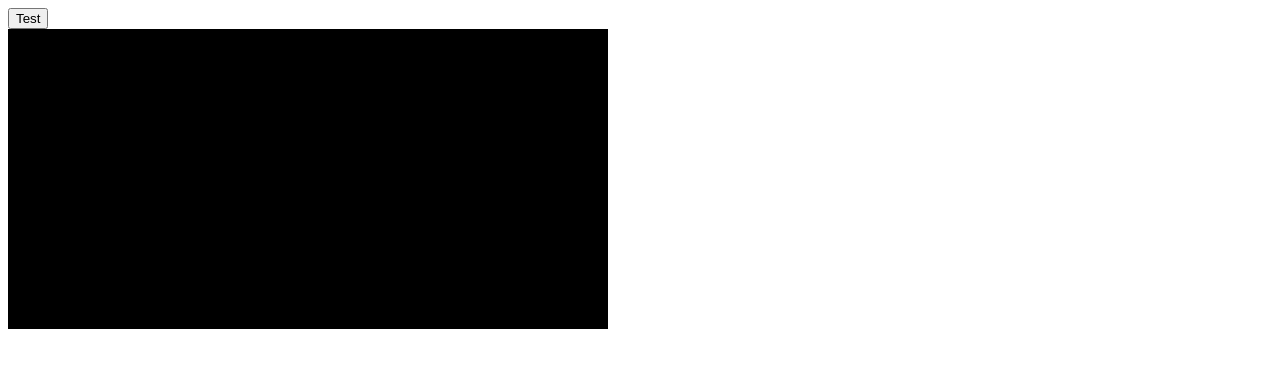
Repository: yizumi/foobar-server
Page: foobar/war/FoobarServiceTest.html
An editor plug-in stored every save of this project. The page is shown before and after the next save, followed by the edit.
The browser window is 1280 px wide. The pictures show the whole page.

Above is the page before, as saved 2011-09-25 13:22:14.

### foobar/war/FoobarServiceTest.html
<html>
<head>
<title>Foobar Unit Test</title>
<script type="text/javascript" src="script/prototype.small.js"></script>
<script type="text/javascript" src="script/UnitTest.js"></script>
<script type="text/javascript" src="FoobarServiceTest.js"></script>
<script type="text/javascript">

var Debug = {
	printLine : function(str) {
		$("debugText").innerHTML += str + "<br/>\n";
		$("debugText").scrollTop = 100000;
	}
};

Element.observe(window,"load",function(){
	$("buttonTest").observe("click",function(){
		try
		{
			throw new Error("Whatever");
			testFBServiceInSequence();
			Debug.printLine("<font color='#00FF00'><strong>All Tests Performed Successfully</strong></font>");
		}
		catch(e)
		{
			Debug.printLine("<font color='#FF0000'>" + e.stack + "</font>");
		}
	});
});
</script>
</head>
<body>
<button id="buttonTest">Test</button>
<div id="debugText" style="height:300px;width:600px;scroll:auto; background-color:Black; color:White;font-family:courier">
</div>
</body>
</html>

### foobar/war/script/UnitTest.js

function assertEquals(a, b)
{
	if (a != b)
	{
		throw new Error("objects are different.  Expected:(" + a + ") Actual:(" + b + ")");
	}
}

function assertNotNull(obj)
{
	if (obj == null)
	{
		throw new Error("object expected to be not null");
	}
}

function assertTrue(b)
{
	if (!b)
	{
		throw new Error("False detected while expecting true");
	}
}

function assertFalse(b)
{
	if (b)
	{
		throw new Error("True detected while epxecting false");
	}
}

### foobar/war/FoobarServiceTest.js

var FoobarService = Class.create({
	exec : function(cmd) {
		var resp = null;
		new Ajax.Request("foobar/"+cmd.command, {
			asynchronous : false, // make this a synchronous call
			parameters : cmd,
			evalJS : true,
			onSuccess : function(ajaxres) {
				resp = ajaxres.responseJSON;
			},
			onFailure : function(ajaxres) {
				alert( ajaxres.responseText );
			}
		});
		return resp;
	}
});

function testFBServiceInSequence()
{
	var fbs = new FoobarService();

	// Remove the shop if it was not cleaned last time
	cleanShopBeforeCreate(fbs);

	// This is the beginning of everything
	var deviceId = "7968d30409c82898a293e4da37d689d5df3de471f55678f558a226374a3dab93";
	var deviceId2 = "7968d30409c82898a293e4da37d689d5df3de471f55678f558a226374a3dab94";

	// Let's register the device
	var resToken = testGetTokenForDevice(fbs, deviceId);
	// Let's reigster another device
	var resToken2 = testGetTokenForDevice(fbs, deviceId2);
	// Test if two devices tokens are different from each other
	assertFalse(resToken.token == resToken2.token);
	// Let's register the shop
	var resShop = testCreateShop(fbs);
	// Update the shop
	var resUpdateShop = testUpdateShop(fbs, resShop.shopKey);
	// Get the shop
	var getShopInfoRes = testGetShopInfo(fbs, resShop.shopKey);
	// Let's give points to this guy
	var res2 = testAddPoints(fbs, resToken.token, resShop.shopKey);
	// Let's get list of shops
	var resShopList = testGetShopListForDevice(fbs, deviceId);
	// Let's get redeem token
	var resRedeemToken = testGetRedeemToken(fbs, deviceId, resUpdateShop.shopKey);
	// Let's subtract points from this dude.
	var resRedeemPoints = testRedeemPoints(fbs, resUpdateShop.shopKey, resRedeemToken.redeemToken);
	// Let's delete shop
	var resDeleteShop = testRemoveShop(fbs, getShopInfoRes.shop);
	// Let's get list of shops... this time it would be... empty!
	var resShopList2 = testGetShopListForDevice2(fbs, deviceId);
}

function testGetTokenForDevice(fbs, deviceId)
{
	var cmd = {
			"command" : "GetTokenForDevice",
			"deviceId" : deviceId
	};

	var res1 = fbs.exec(cmd);
	assertNotNull(res1.token);

	// Run this for the second time to see if the device and token can be brought from persistence.
	var res2 = fbs.exec(cmd);
	assertEquals(res1.token, res2.token);
	return res2;
}

function cleanShopBeforeCreate(fbs)
{
	var cmd = {
		command : "DeleteShop",
		email : "izumi@apcandsons.com",
		password : "12345678"
	};

	var res = fbs.exec(cmd);
	try
	{
		assertFalse(res.success);
	}
	catch(e)
	{
		console.info("The undeleted test shop was deleted");
		return res;
	}

	cmd.email = "izumi@apcandsons.net";
	cmd.password = "87654321";
	res = fbs.exec(cmd);
	try
	{
		assertFalse(res.success);
	}
	catch(e)
	{
		console.info("The undeleted test shop was deleted");
		return res;
	}
	return res;
}

function testCreateShop(fbs)
{
	var cmd = {
		command : "CreateShop",
		name: "まんじまけろ〜に",
		address: "東京都八王子西八王子１−２−３",
		tel: "03-1234-1234",
		url: "http://www.manjimakeroni.com",
		imageUrl: "http://www.manjimakeroni.com/pic.png",
		email: "izumi@apcandsons.com",
		password: "12345678",
		preferredLang: "en-US"
	};

	var res = fbs.exec(cmd);
	assertEquals(true, res.success);
	return res;
}

function testUpdateShop(fbs, shopKey)
{
	var cmd = {
		command : "UpdateShop",
		shopKey : shopKey,
		name : "まんじまけろーに",
		address : "東京都八王子西八王子２−３−４",
		tel : "080-1234-5678",
		url : "http://www.manjimakeroni.net",
		imageUrl : "http://www.manjimakeroni.net/pic.jpg",
		email : "izumi@apcandsons.net",
		password : "87654321",
		preferredLang : "ja-JP"
	};

	var res = fbs.exec(cmd);
	return res;
}

function testGetShopInfo(fbs, shopKey)
{
	var cmd = {
			command : "GetShopInfo",
			shopKey : shopKey
	};
	var res = fbs.exec(cmd);
	assertEquals(true, res.success);
	var shop = res.shop;
	assertEquals("まんじまけろーに", shop.name);
	assertEquals("東京都八王子西八王子２−３−４", shop.address);
	assertEquals("080-1234-5678", shop.tel);
	assertEquals("http://www.manjimakeroni.net", shop.url);
	assertEquals("http://www.manjimakeroni.net/pic.jpg", shop.imageUrl);
	assertEquals("izumi@apcandsons.net", shop.email);
	assertEquals("87654321", shop.password);
	assertEquals("ja-JP", shop.preferredLang)
	return res;
}

function testAddPoints(fbs, userToken, shopKey)
{
	var cmd = {
		command : "AddPoints",
		userToken : userToken,
		shopKey : shopKey,
		points : 100
	};

	{
		var res = fbs.exec(cmd);
		assertEquals(true, res.success);
		assertEquals(100, res.currentPoints);
	}

	// Add points one more time
	{
		cmd.points = 50;
		var res = fbs.exec(cmd);
		assertEquals(true, res.success);
		assertEquals(150, res.currentPoints);
		return res;
	}
}

function testGetShopListForDevice(fbs, deviceId)
{
	var cmd = {
			command : "GetShopListForDevice",
			deviceId : deviceId
	};

	var res = fbs.exec(cmd);
	assertEquals(1, res.shops.length);
	var shop = res.shops[0];
	assertEquals("まんじまけろーに", shop.name);
	assertEquals(150, shop.points);
	return res;
}

function testGetRedeemToken(fbs, deviceId, shopKey)
{
	var cmd = {
		command : "GetRedeemToken",
		deviceId: deviceId,
		shopKey: shopKey
	};

	var res = fbs.exec(cmd);
	assertTrue(res.success);
	assertNotNull(res.redeemToken);
	assertNotNull(res.expiration);
	var exptime = Date.parse(res.expiration);
	assertTrue(exptime - new Date().getTime() >= 2.5 * 1000 * 60 * 60);
	assertTrue(exptime - new Date().getTime() <= 3.5 * 1000 * 60 * 60);
	return res;
}

function testRedeemPoints(fbs, shopKey, redeemToken)
{
	var cmd = {
			command : "RedeemPoints",
			redeemToken: redeemToken,
			shopKey: shopKey,
			points: 200
	};

	var res = fbs.exec(cmd);
	assertFalse(res.success);
	assertEquals(150, res.remainingPoints);

	cmd.points = 100;
	var res2 = fbs.exec(cmd);
	assertTrue(res2.success);
	assertEquals(50, res2.remainingPoints);
	return res2;
}

function testRemoveShop(fbs, shop)
{
	var cmd = {
			command: "DeleteShop",
			email: shop.email,
			password: shop.password
	};

	var res = fbs.exec(cmd);
	assertTrue(res.success);
	return res;
}

function testGetShopListForDevice2(fbs, deviceId)
{
	var cmd = {
			command: "GetShopListForDevice",
			deviceId: deviceId
	};

	var res = fbs.exec(cmd);
	assertEquals(0, res.shops.length);
	return res;
}

Loaded but not shown: foobar/war/script/prototype.small.js (library)

After the next save:
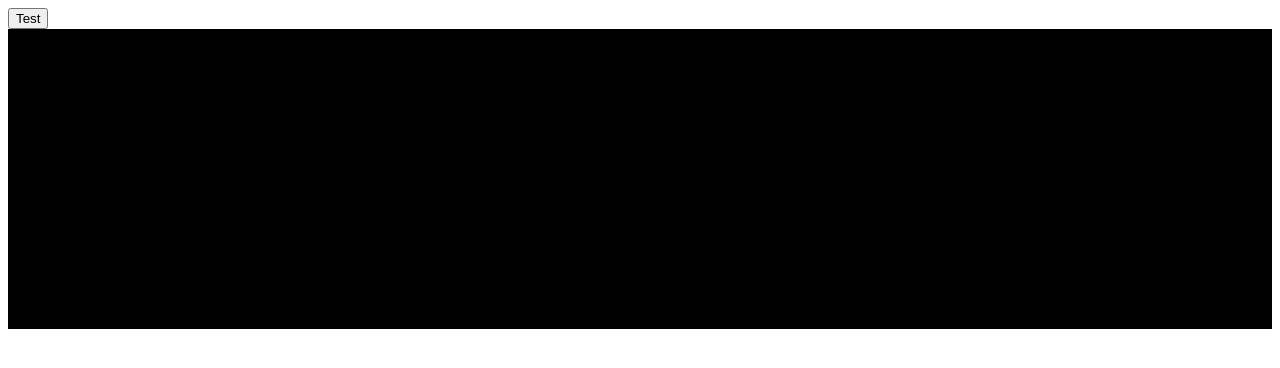
Saved 10 s later.
--- a/foobar/war/FoobarServiceTest.html
+++ b/foobar/war/FoobarServiceTest.html
@@ -31,7 +31,7 @@ Element.observe(window,"load",function(){
 </head>
 <body>
 <button id="buttonTest">Test</button>
-<div id="debugText" style="height:300px;width:600px;scroll:auto; background-color:Black; color:White;font-family:courier">
+<div id="debugText" style="height:300px;width:100%;scroll:auto; background-color:Black; color:White;font-family:courier">
 </div>
 </body>
 </html>
